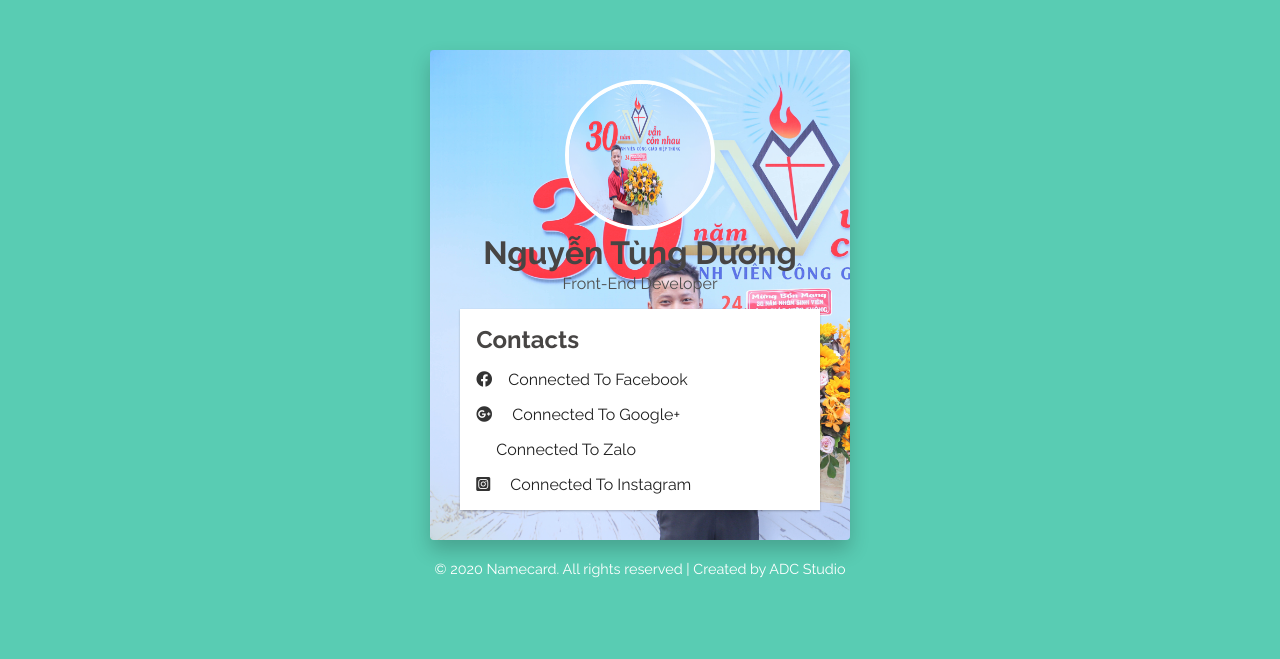
Repository: DuongTungNguyen0899/Card_Duong.github.io
Page: index.html
These files come from the project's save history. The page is drawn as it stood at one moment and after the next save; the edit follows.
The browser window is 1280 px wide. The pictures show the whole page.

Above is the page before, as saved 2021-06-27 17:25:51.

After the next save:
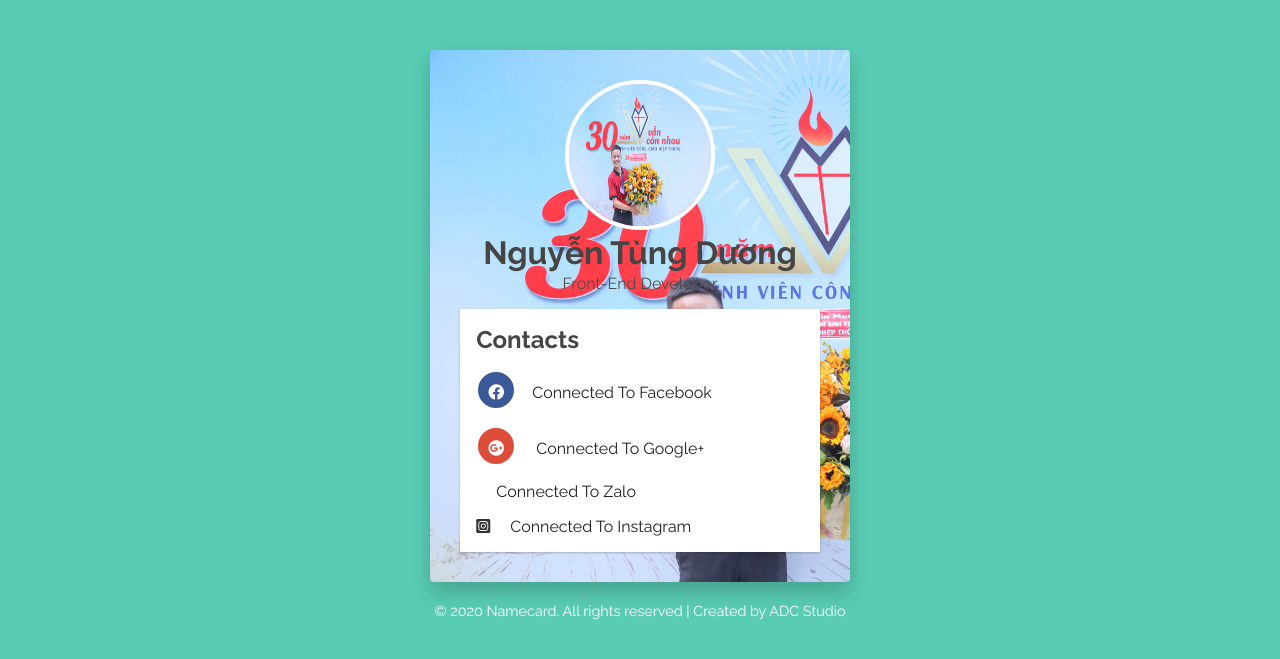
Saved 2 min 31 s later.
--- a/css/style.css
+++ b/css/style.css
@@ -129,7 +129,7 @@ h1 {
 	color: #333;
     text-align: center;
 }
-.social ul li a i.fa.fa-facebook,.social ul li a i.fa.fa-twitter,.social ul li a i.fa.fa-linkedin,.social ul li a i.fa.fa-google-plus{
+.social ul li a i.fab.fa-facebook,.social ul li a i.fab.fa-twitter,.social ul li a i.fab.fa-linkedin,.social ul li a i.fab.fa-google-plus{
     height: 40px;
     width: 40px;
     background: none;
@@ -147,34 +147,34 @@ h1 {
     -o-transition: 0.5s all;
     -ms-transition: 0.5s all;
 }
-.social ul li a i.fa.fa-facebook {
+.social ul li a i.fab.fa-facebook {
 	background: #3b5998;
 }
-.social ul li a i.fa.fa-twitter{
+.social ul li a i.fab.fa-twitter{
 	background: #1da1f2;
 }
-.social ul li a i.fa.fa-linkedin{
+.social ul li a i.fab.fa-linkedin{
 	background: #0077b5;
 }
-.social ul li a i.fa.fa-google-plus{
+.social ul li a i.fab.fa-google-plus{
 	background: #dd4b39;
 }
-.social ul li a i.fa.fa-facebook:hover {
+.social ul li a i.fab.fa-facebook:hover {
 	border: solid 2px #3b5998;
     color: #3b5998;
 	background:none;
 }
-.social ul li a i.fa.fa-twitter:hover{
+.social ul li a i.fab.fa-twitter:hover{
 	border: solid 2px #1da1f2;
     color: #1da1f2;
 	background:none;
 }
-.social ul li a i.fa.fa-linkedin:hover{
+.social ul li a i.fab.fa-linkedin:hover{
 	border: solid 2px #0077b5;
     color: #0077b5;
 	background:none;
 }
-.social ul li a i.fa.fa-google-plus:hover{
+.social ul li a i.fab.fa-google-plus:hover{
 	border: solid 2px #dd4b39;
     color: #dd4b39;
 	background:none;
